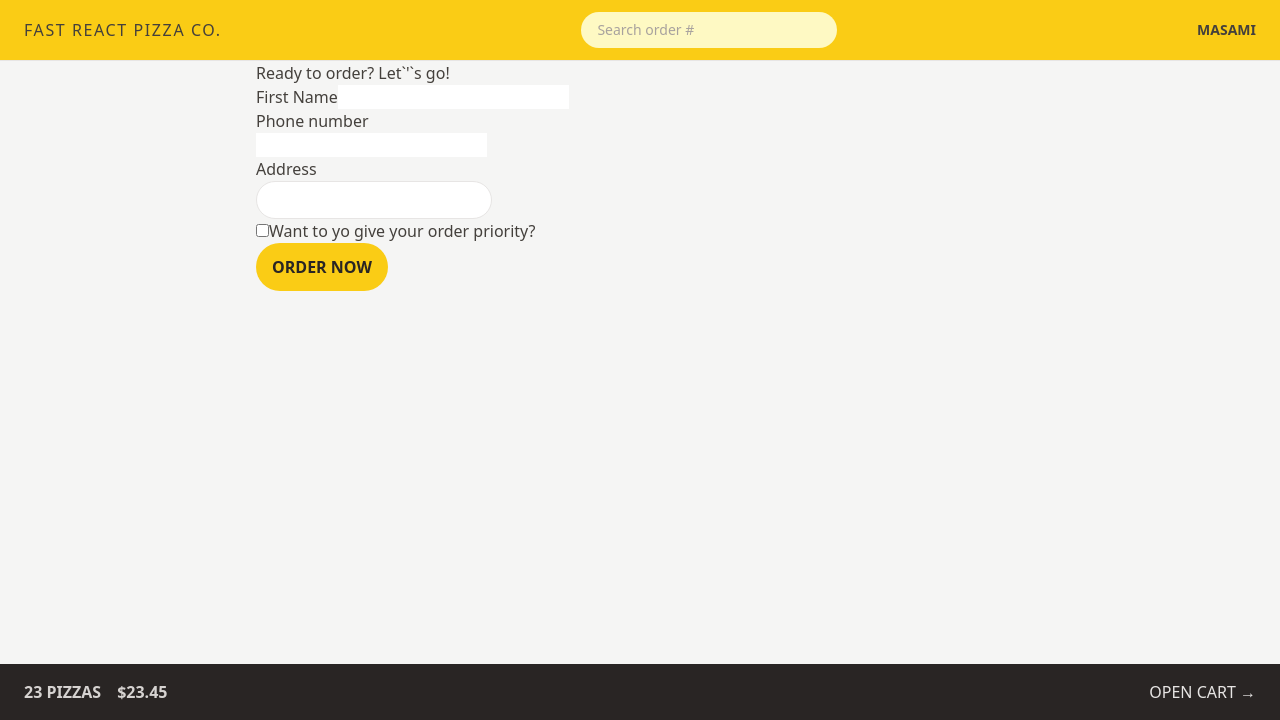
Repository: masamichan/pizza-vite
Page: /order/new
An editor plug-in stored every save of this project. The page is shown before and after the next save, followed by the edit.
The browser window is 1280 px wide. The pictures show the whole page.
The project was rebuilt for these pictures with package versions that can differ from the ones it lists, and the page was loaded fresh each time. Also part of the build but not shown: vite.config.js, src/ui/Home.jsx, src/utils/helpers.js, src/features/menu/MenuItem.jsx, src/features/menu/Menu.jsx, src/features/cart/Cart.jsx, src/features/order/Order.jsx, src/ui/Loader.jsx and 1 more. Imported but missing from the stored project, and not drawn on this page: src/features/user/CreateUser.

Above is the page before, as saved 2023-12-22 13:00:57.

### src/App.jsx
import { RouterProvider, createBrowserRouter } from "react-router-dom"
import Home from './ui/Home'
import Menu, {loader as menuLoader} from './features/menu/Menu';
import Cart from './features/cart/Cart';
import CreateOrder, {action as createOrderAction} from './features/order/CreateOrder';
import Order, {loader as orderLoader} from "./features/order/Order"
import AppLayout from "./ui/AppLayout";
import Error from "./ui/Error"

const router = createBrowserRouter([
  {
    element: <AppLayout />,
    errorElement: <Error />,
    children: [
  { path: "/", element: <Home/>},
  { path: "/menu", element: <Menu />, loader: menuLoader, errorElement: <Error />},
  {path: "/cart",element: <Cart />},
  {path: "/order/new",element: <CreateOrder />, action: createOrderAction},
  {path: "/order/:orderId", element: <Order />, loader: orderLoader, errorElement: <Error />}
    ],
  },
])




function App() {
  return <RouterProvider router={router} />
}

export default App

### src/features/order/CreateOrder.jsx
import { useState } from 'react';
import { Form, redirect, useActionData, useNavigation } from 'react-router-dom';
import { createOrder } from '../../services/apiRestaurant';

// https://uibakery.io/regex-library/phone-number
const isValidPhone = (str) =>
  /^\+?\d{1,4}?[-.\s]?\(?\d{1,3}?\)?[-.\s]?\d{1,4}[-.\s]?\d{1,4}[-.\s]?\d{1,9}$/.test(
    str,
  );

const fakeCart = [
  {
    pizzaId: 12,
    name: 'Mediterranean',
    quantity: 2,
    unitPrice: 16,
    totalPrice: 32,
  },
  {
    pizzaId: 6,
    name: 'Vegetale',
    quantity: 1,
    unitPrice: 13,
    totalPrice: 13,
  },
  {
    pizzaId: 11,
    name: 'Spinach and Mushroom',
    quantity: 1,
    unitPrice: 15,
    totalPrice: 15,
  },
];

function CreateOrder() {
  const navigation = useNavigation();
  const isSubmitting = navigation.state === 'submitting';

  const formErrors = useActionData();

  // const [withPriority, setWithPriority] = useState(false);
  const cart = fakeCart;

  return (
    <div>
      <h2>Ready to order? Let`&apos;`s go!</h2>

      <Form method="POST">
        <div>
          <label>First Name</label>
          <input type="text" name="customer" required />
        </div>

        <div>
          <label>Phone number</label>
          <div>
            <input type="tel" name="phone" required />
          </div>
          {formErrors?.phone && <p>{formErrors.phone}</p>}
        </div>

        <div>
          <label>Address</label>
          <div>
            <input
              className="rounded-full border border-stone-200 px-4 py-2 text-sm
                        transition-all duration-300 placeholder:text-stone-400
                        focus:outline-none focus:ring focus:ring-yellow-400"
              type="text"
              name="address"
              required
            />
          </div>
        </div>

        <div>
          <input
            type="checkbox"
            name="priority"
            id="priority"
            // value={withPriority}
            // onChange={(e) => setWithPriority(e.target.checked)}
          />
          <label htmlFor="priority">Want to yo give your order priority?</label>
        </div>

        <div>
          <input type="hidden" name="cart" value={JSON.stringify(cart)} />
          <button
            disabled={isSubmitting}
            className="tracking-width activate:bg-slate-400 inline-block rounded-full bg-yellow-400 px-4 py-3 font-semibold
                       uppercase text-stone-800 transition-colors duration-300 hover:bg-yellow-300
                      focus:outline-none focus:ring focus:ring-yellow-300 focus:ring-offset-2 disabled:cursor-not-allowed"
          >
            {isSubmitting ? 'Placing order...' : 'Order now'}
          </button>
        </div>
      </Form>
    </div>
  );
}

export async function action({ request }) {
  const formData = await request.formData();
  const data = Object.fromEntries(formData);

  const order = {
    ...data,
    cart: JSON.parse(data.cart),
    priority: data.priority === 'on',
  };

  const errors = {};
  if (!isValidPhone(order.phone))
    errors.phone =
      'Please give us your correct phone number. We might need it to contact you.';

  if (Object.keys(errors).length > 0) return errors;

  const newOrder = await createOrder(order);

  return redirect(`/order/${newOrder.id}`);
}

export default CreateOrder;

### src/ui/AppLayout.jsx
import Header from './Header';
import Loader from './Loader';
import { Outlet, useNavigation } from 'react-router-dom';
import CartOverview from '../features/cart/CartOverview';

function AppLayout() {
  const navigation = useNavigation();
  const isLoading = navigation.state === 'loading';
  return (
    <div className="grid h-screen grid-rows-[auto_1fr_auto]">
      {isLoading && <Loader />}

      <Header />
      <div className="overflow-scroll">
        <main className="mx-auto max-w-3xl">
          <Outlet />
        </main>
      </div>
      <CartOverview />
    </div>
  );
}

export default AppLayout;

### src/services/apiRestaurant.js
const API_URL = 'https://react-fast-pizza-api.onrender.com/api';

export async function getMenu() {
  const res = await fetch(`${API_URL}/menu`);

  // fetch won't throw error on 400 errors (e.g. when URL is wrong), so we need to do it manually. This will then go into the catch block, where the message is set
  if (!res.ok) throw Error('Failed getting menu');

  const { data } = await res.json();
  return data;
}

export async function getOrder(id) {
  const res = await fetch(`${API_URL}/order/${id}`);
  if (!res.ok) throw Error(`Couldn't find order #${id}`);

  const { data } = await res.json();
  return data;
}

export async function createOrder(newOrder) {
  try {
    const res = await fetch(`${API_URL}/order`, {
      method: 'POST',
      body: JSON.stringify(newOrder),
      headers: {
        'Content-Type': 'application/json',
      },
    });

    if (!res.ok) throw Error();
    const { data } = await res.json();
    return data;
  } catch {
    throw Error('Failed creating your order');
  }
}

export async function updateOrder(id, updateObj) {
  try {
    const res = await fetch(`${API_URL}/order/${id}`, {
      method: 'PATCH',
      body: JSON.stringify(updateObj),
      headers: {
        'Content-Type': 'application/json',
      },
    });

    if (!res.ok) throw Error();
    // We don't need the data, so we don't return anything
  } catch (err) {
    throw Error('Failed updating your order');
  }
}

### src/ui/Header.jsx
import { Link } from 'react-router-dom';
import SearchOrder from '../features/order/SearchOrder';
import UserName from '../features/user/UserName';

function Header() {
  return (
    <header className="flex items-center justify-between border-b border-stone-200 bg-yellow-400 px-4 py-3 uppercase sm:px-6">
      <Link to="/" className="tracking-widest">
        Fast React Pizza Co.
      </Link>
      <SearchOrder />
      <UserName />
    </header>
  );
}

export default Header;

### src/features/cart/CartOverview.jsx
import { Link } from 'react-router-dom';

function CartOverview() {
  return (
    <div className="flex items-center justify-between bg-stone-800 px-4 py-4 text-sm uppercase text-stone-200 sm:px-6 md:text-base">
      <p className="sm-space-x-6 space-x-4 font-semibold text-stone-300">
        <span>23 pizzas</span>
        <span>$23.45</span>
      </p>
      <Link to="/cart">Open cart &rarr;</Link>
    </div>
  );
}

export default CartOverview;

### src/features/order/SearchOrder.jsx
import { useState } from 'react';
import { useNavigate } from 'react-router-dom';

function SearchOrder() {
  const [query, setQuery] = useState('');
  const navigate = useNavigate();

  function handleSubmit(e) {
    e.preventDefault();
    if (!query) return;
    navigate(`/order/${query}`);
    setQuery('');
  }

  return (
    <form onSubmit={handleSubmit}>
      <input
        placeholder="Search order #"
        value={query}
        onChange={(e) => setQuery(e.target.value)}
        className="focus: w-28 rounded-full bg-yellow-100 px-4 py-2
                   text-sm ring-yellow-500 transition-all duration-300
                   placeholder:text-stone-400 focus:outline-none focus:ring focus:ring-opacity-50 sm:w-64 sm:focus:w-72"
      />
    </form>
  );
}

export default SearchOrder;

### src/features/user/UserName.jsx
function UserName() {
  return <div className="hidden text-sm font-semibold md:block">Masami</div>;
}

export default UserName;

Loaded but not shown: index.html (common file); src/main.jsx (common file); src/index.css (common file); tailwind.config.js (common file)

After the next save:
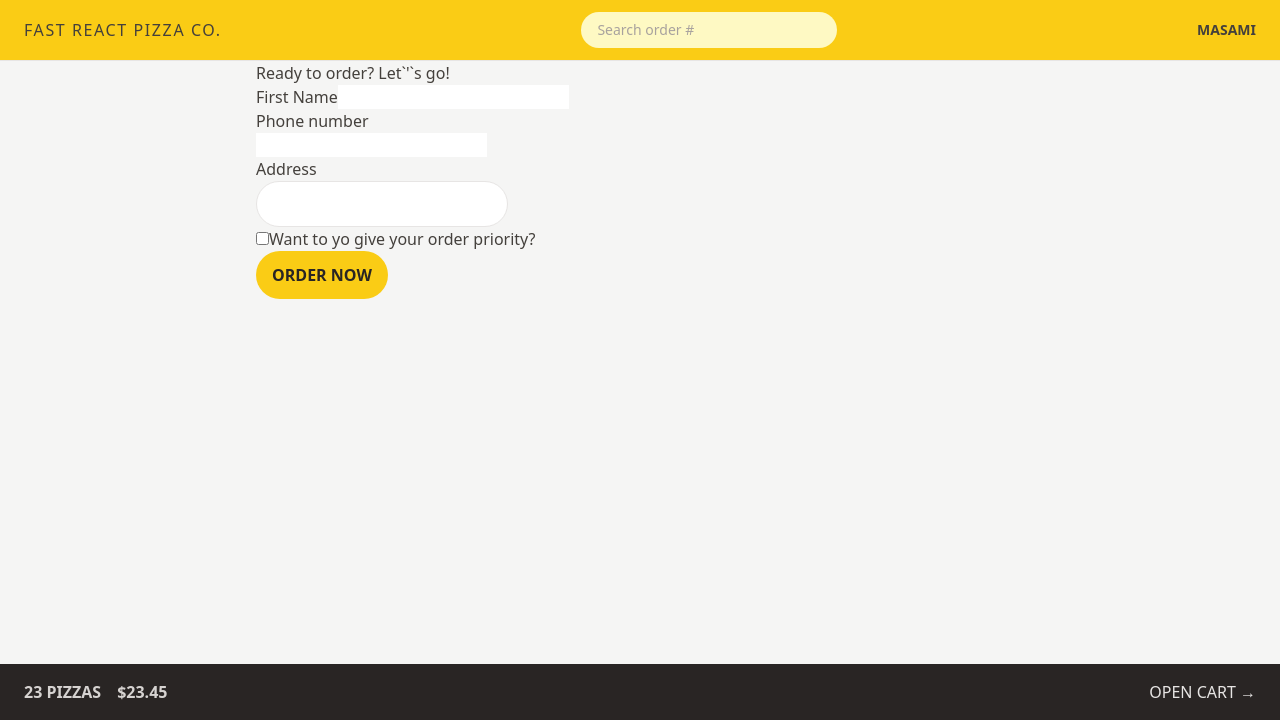
Saved 108 s later.
--- a/src/features/order/CreateOrder.jsx
+++ b/src/features/order/CreateOrder.jsx
@@ -63,9 +63,10 @@ function CreateOrder() {
           <label>Address</label>
           <div>
             <input
-              className="rounded-full border border-stone-200 px-4 py-2 text-sm
-                        transition-all duration-300 placeholder:text-stone-400
-                        focus:outline-none focus:ring focus:ring-yellow-400"
+              className="rounded-full border border-stone-200 px-4 py-2 py-3
+                        text-sm transition-all duration-300
+                        placeholder:text-stone-400 focus:outline-none focus:ring
+                        focus:ring-yellow-400 md:px-6"
               type="text"
               name="address"
               required
